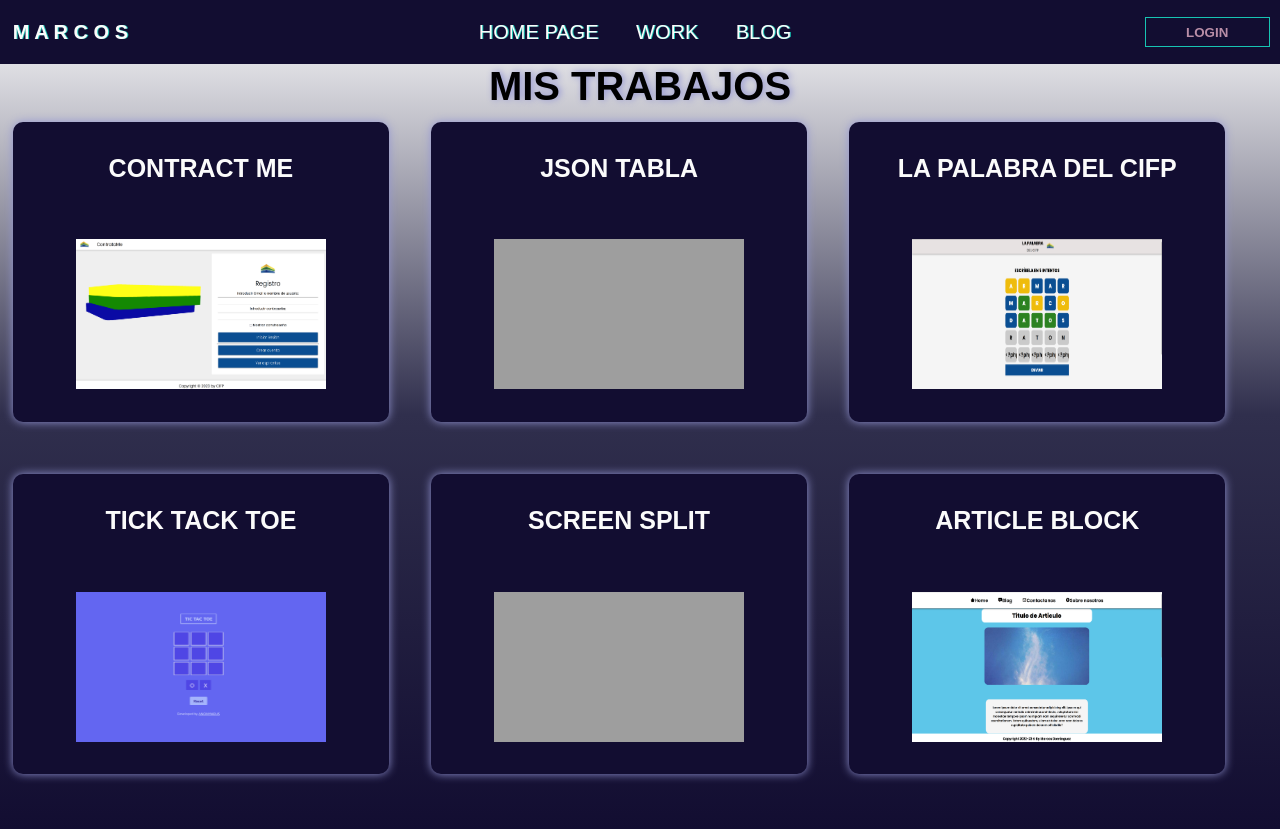
Repository: Sxcram02/Portfolio2
Page: http://localhost/public/src/assets/work.php
These files come from the project's save history. The page is drawn as it stood at one moment and after a run of saves; the edit follows.
The browser window is 1280 px wide. The pictures show the whole page.
Pictures or frames that could not be fetched are drawn as grey boxes. Some web fonts or font styles are not loaded; a fallback is used. The page is run by PHP 8.4 with error messages shown; the project is at /var/www/html/.

Above is the page before, as saved 2023-05-13 17:03:44.

### public/src/assets/work.php
<?php
    include("./../../objects/clases.inc.php");
    session_start();
    $_SESSION['user'] = $sesion;

    if(isset($_POST['LOGIN'])){
        header("Location: ./../login.php");
        exit();
    }
?>
<!DOCTYPE html>
<html lang="en">
<head>
<meta charset="UTF-8">
    <meta http-equiv="X-UA-Compatible" content="IE=edge" />
    <meta name="viewport" content="width=device-width, initial-scale=1.0" />
    <link rel="shortcut icon" href="/media/logo2.png" type="image/x-icon" />
    <link rel="stylesheet" href="/styles/index.css" type="text/css" />
    <link rel="stylesheet" href="https://unpkg.com/boxicons@latest/css/boxicons.min.css">
    <title>My projects</title>
</head>
<body>
<div id="root2">
        <header class="box-nav-bar">
        <a href="/index.php"><h3 class="nav-title">M a r c o s</h3></a>
            <nav class="nav-bar">
                <ul>
                    <a href="/index.php"><li>Home Page</li></a>
                    <a href="./work.php"><li>Work</li></a>
                    <a href="./blog.php"><li>Blog</li></a>
                </ul>
            </nav>
            <form action="#" method="POST">
                <input type="submit" name="LOGIN" id="LOGIN" value="login" />
            </form>
        </header>
        <h1 class="title2" id="title2">MIS TRABAJOS</h1>
        <main class="container2">
            <a href="/public/src/ContractMe.1/contractme.php" target="_blank">
                <section class="work1">
                    <h1 >Contract Me</h1>
                    <img src="/media/proyecto1.png" alt="work1" />
                </section>
            </a>
            <a href="/public/src/jsonTabla/index.php" target="_blank">
                <section class="work2">
                    <h1 >JSON Tabla</h1>
                    <img src="/media/jsonTabla.png" alt="work2" />
                </section>
            </a>
            <a href="/public/src/palabra-dia-cifp/index.html" target="_blank">
                <section class="work3">
                    <h1 >La palabra del CIFP</h1>
                    <img src="/media/palabraCifp.png" alt="work3" />
                </section>
            </a>
            <a href="https://ticktoe.vercel.app/" target="_blank">
                <section class="work4">
                    <h1 >Tick Tack Toe</h1>
                    <img src="/media/tiktacktoe.png" alt="work4" />
                </section>
            </a>
            <a href="/public/src/screen-split/index.html" target="_blank">
                <section class="work5">
                    <h1 >Screen Split</h1>
                    <img src="/media/screenSplit.png" alt="work5" />
                </section>
            </a>
            <a href="/public/src/article-block-page/index.html" target="_blank">
                <section class="work6">
                    <h1 >Article block</h1>
                    <img src="/media/articleBlock.png" alt="work5" />
                </section>
            </a>
        </main>
    </div>
</body>
</html>

### public/objects/clases.inc.php

    <?php
    class SesionUser {
        private string $sesion;
        public function __construct($sesion){
            $this -> sesion = $sesion;
        }
    }

    /**
     * Database
     */
    class Database {
        private string $localhost, $serverUser, $userPass,$database;
        private object $newObjMysql;

        /**
         * __construct
         *
         * @param  mixed $localhost
         * @param  mixed $serverUser
         * @param  mixed $userPass
         * @param  mixed $database
         * @return void
         */
        public function __construct($localhost, $serverUser, $userPass,$database){
            $this -> localhost = $localhost;
            $this -> serverUser = $serverUser;
            $this -> userPass = $userPass;
            $this -> database = $database;
            $newObjMysql = new mysqli("$localhost","$serverUser","$userPass","$database");
            $this -> newObjMysql = $newObjMysql;
        }

        /**
         * getUser
         *
         * @param  mixed $client
         * @param  mixed $pass
         * @return bool
         */
        public function getUser($client,$pass):bool{
            $mySqlConnection = $this -> newObjMysql;
            $userQuery = "SELECT usr.clientName, usr.contrasenia FROM users usr WHERE usr.clientName='$client' AND usr.contrasenia = '$pass';";
            $result = $mySqlConnection -> query($userQuery);
            if($result){
                return true;
            }else {
                return false;
            }
        }

        /**
         * setPost
         *
         * @param  mixed $postDataArray
         * @return void
         */
        public function setPost(array $postDataArray){
            if(!empty($postDataArray)){
                $codBlog = rand(1,1000);
                $columnArray = "'".implode("','",$postDataArray)."'";
                $mysqlConnect = $this -> newObjMysql;
                $insertBlog = "INSERT INTO blog (codBlog,titulo,subtitulo,descripcion,user) VALUES ($codBlog,$columnArray)";
                $mysqlConnect -> query($insertBlog);
                (mysqli_affected_rows($mysqlConnect))?true:false;
            }else {
                echo "Introduce los valores adecuados";
            }
        }

        /**
         * getPost
         *
         * @param  mixed $user
         * @return void
         */
        public function getPost()
        {
                $mySqlConnection = $this -> newObjMysql;
                $getQuery = "SELECT blg.titulo as titulo, blg.descripcion as descripcion, blg.subtitulo as subtitulo FROM blog blg JOIN users usr ON blg.user = usr.clientName WHERE usr.clientName = 'marcos';";

                $result = $mySqlConnection -> query($getQuery);
                    echo "<article>";
                        foreach($result as $dataPost){
                            echo "<img src='' alt='' />";
                            echo $dataPost['titulo'];
                            echo "<h1>{$dataPost['subtitulo']}</h1>";
                            echo "<p>{$dataPost['descripcion']}</p>";
                        }

                    echo "</article>";
        }
}
    $sesion = new SesionUser("user");
?>

### styles/index.css

/* -----------------------------------------------------------*/
/* -----------------------------------------------------------*/
/* AJUSTES GENERALES */
/* 1. HEADER
/* 2. PRIMERA PAGINA
/*  2.1 SECCION 1
/*  2.2 SECCION 2
/*  2.3 SECCION 3
/*  2.4 SECCION 4
/* 3. PAGINA DE MIS TRABAJOS
/* 4. PAGINA DE MI BLOG
/* 5. PAGINA FORMULARIO LOGIN
/* 6. PAGINA CREAR POST
/* -----------------------------------------------------------*/
/* -----------------------------------------------------------*/

* {
    margin: 0;
    padding: 0;
    list-style: none;
    box-sizing: border-box;
    font-family: 'Poppins', sans-serif;
}

a, a:active, a:visited, a:enabled {
    color: var(--blanco);
    text-decoration: none;
}

@font-face {
    font-family: 'Poppins';
    src: url("../fonts/*");
}

:root {
    --violeta-ruso: #120D31;
    --cadet-space: #302F4D;
    --verde-claro-oceano:#17C3B2;
    --indigo-tropical:#9395D3;
    --blanco:#FBFBFB;
}

body {
    display: flex;
    flex-direction: column;
    align-items: center;
    justify-content: space-between;
}

#root {
    width: 100vw;
    height: 100vh;
}


/* -----------------------------------------------------------*/
/* -----------------------------------------------------------*/
/* HEADER */
/* -----------------------------------------------------------*/
/* -----------------------------------------------------------*/

.box-nav-bar {
    width: 100vw;
    height: 4rem;
    padding: 1%;
    background-color: var(--violeta-ruso);
    color: snow;
    display: flex;
    align-items: center;
    justify-content: space-between;
}

.nav-title {
    text-shadow: 1px 0px 0px var(--verde-claro-oceano);
    text-transform: uppercase;
    font-size: 20px;
    font-weight: 700;
    cursor: pointer;
}

.nav-bar ul {
    text-transform: uppercase;
    width: 350px;
    font-size: 20px;
    display: flex;
    align-items: center;
    justify-content: space-around;
}

.nav-bar ul li {
    cursor: pointer;
    text-shadow: 1px 0px 0px var(--verde-claro-oceano);
}

.nav-bar ul li:hover {
    color: var(--verde-claro-oceano);
    text-shadow: 1px 0px 0px var(--indigo-tropical);
    transition: all 0.5s;
}

#LOGIN {
    width: 125px;
    height: 30px;
    margin: 2%;
    color: #B98EA7;
    background: none;
    border: 1px solid var(--verde-claro-oceano);
    text-transform: uppercase;
    font-weight: 800;
    cursor: pointer;
}

#LOGIN:hover {
    background-color: var(--verde-claro-oceano);
    color: var(--blanco);
    transition: all 0.3s;
}

/* -----------------------------------------------------------*/
/* -----------------------------------------------------------*/
/* PRIMERA PÁGINA */
/* -----------------------------------------------------------*/
/* -----------------------------------------------------------*/

.container {
    width: 100%;
    display: grid;
    grid-template-columns: repeat(3,1fr);
    grid-template-rows: repeat(2,1fr);
}

.container section {
    width: 100%;
    height: 100%;
}

/* -----------------------------------------------------------*/
/* -----------------------------------------------------------*/
/* SECCION 1 */
/* -----------------------------------------------------------*/
/* -----------------------------------------------------------*/

#home_page {
    height: 40vh;
    grid-column: 1/3;
    grid-row: 1/2;
    padding: 1%;
    display: flex;
    flex-direction: column;
    align-items: center;
}

.box-name {
    width: 70%;
    margin: 1%;
    text-align: center;
    display: flex;
    align-items: center;
}

.title {
    padding: 1%;
    font-size: 40px;
    font-weight: 800;
    text-shadow: 3px 0px 0px var(--cadet-space);
}

#box-ui-ux {
    width: 75px;
    height: 35px;
    padding: 1%;
    text-align: center;
    font-size: 15px;
    font-weight: 800;
    color: snow;
    background: linear-gradient(180deg, var(--indigo-tropical),var(--verde-claro-oceano));
    border-radius: 20px;
}

.box-presentation {
    display: flex;
    align-items: center;
}

.box-presentation p {
    width: 50%;
    padding: 2%;
    font-size: 13pt;
    font-weight: 600;
}

.box-inputs {
    width: 50%;
    display: flex;
    align-items: center;
    justify-content: space-around;
}

.box-inputs button {
    width: 150px;
    height: 50px;
    padding: 2%;
    border: 1px solid black;
    background: none;
    font-size: 15pt;
    font-weight: 800;
    text-transform: uppercase;
    cursor: pointer;
}

.box-inputs button:hover {
    background-color: var(--verde-claro-oceano);
    box-shadow: 0px 0px 7px var(--indigo-tropical);
    transition: all 0.3s;
}


/* -----------------------------------------------------------*/
/* -----------------------------------------------------------*/
/* SECCION 2 */
/* -----------------------------------------------------------*/
/* -----------------------------------------------------------*/

#box-services {
    grid-column: 1/3;
    grid-row: 2/3;
    width: 100%;
}

#services {
    padding: 1%;
    color: snow;
    display: flex;
}

#services img {
    width: 125px;
    height: 125px;
    padding: 2%;
}

#services article {
    width: 50%;
    height: 100%;
    margin-right: 2%;
    padding: 2%;
    background-color: var(--violeta-ruso);
    border-radius: 10px;
    display: flex;
    flex-direction: column;
    align-items: center;
    text-align: center;
    cursor: pointer;
}

#services article:hover {
    background-color: var(--cadet-space);
    box-shadow: 0px 0px 5px var(--verde-claro-oceano);
    animation: goUp 1.5s both;
    transition: all 0.4s;
}

@keyframes goUp {
    to {
        translate: 0 -20%;
    }
}

#services article h3 {
    color: var(--verde-claro-oceano);
    text-shadow: 1px 0px 0px var(--blanco);
    padding: 1%;
}

#services article:hover h3 {
    color: var(--indigo-tropical);
}

#services article p {
    padding: 1%;
    font-size: 17px;
    text-align: start;
}

#robot3D {
    width: 300px;
    height: 175px;
}


/* -----------------------------------------------------------*/
/* -----------------------------------------------------------*/
/* SECCION 3 */
/* -----------------------------------------------------------*/
/* -----------------------------------------------------------*/

#box-aboutMe {
    display:none;
    grid-column: 1/3;
    grid-row: 2/4;
}

#aboutMe {
    height: 100%;
    display: flex;
    flex-direction: column;
    align-items: center;
    justify-content: space-between;
}

#aboutMe h1 {
    width: 100%;
    text-align: center;
    text-transform: uppercase;
    font-weight: 800;
}

#aboutMe hr {
    width: 90%;
    height: 15px;
    color: var(--violeta-ruso);
    background-color: var(--violeta-ruso);
    box-shadow: 0px 0px 5px var(--verde-claro-oceano);
}

.box-signatures {
    width: 90%;
    display: grid;
    grid-template-columns: repeat(5,1fr);
    grid-template-rows: repeat(3,1.4fr);
    text-align: center;
    row-gap: 5px;
}

.box-signatures i {
    font-size: 40px;
}

.box-signatures div {
    display: flex;
    flex-direction: column;
    align-items: center;
}

.box-signatures div img {
    width: 50px;
    height: 50px;
}

/*--------------------------------------------------------*/
/*--------------------------------------------------------*/
/* GRID COMPONENTS */
/*--------------------------------------------------------*/
/*--------------------------------------------------------*/

.signature1 {
    grid-column: 1/2;
    grid-row: 1/3;
}

.signature2 {
    grid-column: 2/3;
    grid-row: 1/3;
}

.signature3 {
    grid-column: 3/4;
    grid-row: 1/3;
}

.signature4 {
    grid-column: 4/5;
    grid-row: 1/3;
}

.signature5 {
    grid-column: 5/6;
    grid-row: 1/3;
}



/* -----------------------------------------------------------*/
/* -----------------------------------------------------------*/
/* SECCION 4 */
/* -----------------------------------------------------------*/
/* -----------------------------------------------------------*/

#my_photo {
    grid-column: 3/4;
    grid-row: 1/3;
    background-image: url("../media/guerrero-en-47-ronin_2048x1536_xtrafondos.com.jpg");
    background-position: center;
    background-size: cover;
    object-fit: cover;
}


/* -----------------------------------------------------------*/
/* -----------------------------------------------------------*/
/* PAGINA DE MIS TRABAJOS */
/* -----------------------------------------------------------*/
/* -----------------------------------------------------------*/

#root2 {
    width: 100vw;
    /* height: 100vh; */
    background: linear-gradient(180deg,transparent,var(--cadet-space),var(--violeta-ruso));
    display: flex;
    flex-direction: column;
    align-items: center;
    justify-content: center;
}

.title2 {
    width: 100vw;
    font-size: 40px;
    color:black;
    text-shadow: 2px 0px 7px var(--indigo-tropical);
    text-align: center;
}

.container2 {
    width: 100%;
    height: 100vh;
    padding: 1%;
    display: grid;
    grid-template-columns: repeat(3,1.4fr);
    grid-template-rows: repeat(2,1fr);
    row-gap: 10px;
}

.container2 section {
    width: 90%;
    height: 300px;
    padding: 1%;
    display: flex;
    flex-direction: column;
    align-items: center;
    justify-content: space-around;
    background-color: var(--violeta-ruso);
    border-radius: 10px;
    box-shadow: 0px 0px 10px var(--indigo-tropical);
    cursor: pointer;
}

.container2 h1 {
    text-transform: uppercase;
    font-size: 25px;
    font-weight: 900;
}


.container2 img {
    width: 250px;
    height: 150px;
}

/*--------------------------------------------------------*/
/*--------------------------------------------------------*/
/* GRID COMPONENTS */
/*--------------------------------------------------------*/
/*--------------------------------------------------------*/

@keyframes updateScale {
    to {
        scale: 0.9;
    }
}

.work1 {
    grid-column: 1/2;
    grid-row: 1/2;
}

.work1:hover {
    box-shadow: 0px 0px 5px var(--verde-claro-oceano);
    background-color: rgba(255, 166, 0, 0.882);
    animation: updateScale 0.6s both;
    transition: all 0.4s;
}

.work2 {
    grid-column: 2/3;
    grid-row: 1/2;
}

.work2:hover {
    box-shadow: 0px 0px 5px var(--violeta-ruso);
    background-color: rgba(0, 170, 255, 0.858);
    animation: updateScale 0.6s both;
    transition: all 0.4s;
}

.work3 {
    grid-column: 1/2;
    grid-row: 2/3;
}

.work3:hover {
    box-shadow: 0px 0px 5px var(--violeta-ruso);
    background-color: rgba(25, 172, 37, 0.806);
    animation: updateScale 0.6s both;
    transition: all 0.4s;
}

.work4 {
    grid-column: 2/3;
    grid-row: 2/3;
}

.work4:hover {
    box-shadow: 0px 0px 5px var(--verde-claro-oceano);
    background-color: rgba(170, 0, 255, 0.85);
    animation: updateScale 0.6s both;
    transition: all 0.4s;
}

.work5 {
    grid-column: 3/4;
    grid-row: 1/2;
}

.work5:hover {
    box-shadow: 0px 0px 5px var(--violeta-ruso);
    background-color: rgba(255, 0, 51, 0.85);
    animation: updateScale 0.6s both;
    transition: all 0.4s;
}

.work6 {
    grid-column: 3/4;
    grid-row: 2/3;
}

.work6:hover {
    box-shadow: 0px 0px 5px var(--verde-claro-oceano);
    background-color: rgba(0, 204, 255, 0.85);
    animation: updateScale 0.6s both;
    transition: all 0.4s;
}

/* -----------------------------------------------------------*/
/* -----------------------------------------------------------*/
/* PAGINA DEL BLOG */
/* -----------------------------------------------------------*/
/* -----------------------------------------------------------*/

#root3 {
    width: 100vw;
    background-image: url("./../media/version_5.gif");
    background-size:  cover;
    background-position: center;
    background-repeat: repeat-y;
    object-fit: cover;
}


.container3 {
    width: 100%;
    background: linear-gradient(360deg,transparent,#302f4d7f,#120d31);
    display: flex;
    flex-direction: column;
    align-items: center;
    justify-content: space-between;
}

.container3 h1 {
    color: var(--blanco);
    padding: 4%;
    font-size: 35px;
    font-weight: bold;
}

.container3 section {
    width: 100%;
    height: 100%;
    padding: 1%;
    display: flex;
    flex-direction: column;
    align-items: center;
    justify-content: space-around;
    overflow-x: scroll;
}

.container3 section article {
    width: 40%;
    height: 300px;
    margin: 1%;
    border-radius: 20px;
    padding: 1%;
    display: flex;
    flex-direction: column;
    align-items: center;
    justify-content: space-between;
    text-align: center;
    background-color: var(--cadet-space);
}

.container3 section article h1 {
    font-size: 20px;
    text-transform: uppercase;
    font-weight: 700;
}

.container3 section article img {
    width: 200px;
    height: 150px;
}



/* -----------------------------------------------------------*/
/* -----------------------------------------------------------*/
/* PAGINA FORMULARIO LOGIN */
/* -----------------------------------------------------------*/
/* -----------------------------------------------------------*/

.page2-root {
    width: 100vw;
    height: 100vh;
    background-image: url("./../media/fondo1.gif");
    background-position: center;
    background-size: cover;
    overflow: hidden;
}

.page2-container {
    width: 100%;
    height: 100%;
    background: linear-gradient(180deg,transparent,#302f4d7f,#120d31c2);
    display: flex;
    flex-direction: column;
    align-items: center;
}

.page2-title {
    padding: 1%;
    font-size: 50px;
    font-weight: bold;
    text-transform: uppercase;
    color: var(--cadet-space);
    text-shadow: 2px 0px 0px var(--verde-claro-oceano);
}

.page2-container form {
    margin-top: 10%;
}

.page2-target {
    width: 500px;
    height:250px;
    padding: 2%;
    background: var(--cadet-space);
    box-shadow: 0px 0px 5px var(--verde-claro-oceano);
    border-radius: 10px;
    display: flex;
    flex-direction: column;
    align-items: center;
    justify-content: space-around;
    color: var(--blanco);
    font-size: 20px;
    font-weight: 800;
    text-transform: uppercase;
}

.page2-target input {
    width: 80%;
    height: 35px;
    text-align: center;
    font-size: 12pt;
}

/*--------------------------------------------------*/
/*--------------------------------------------------*/
/* PAGINA CREAR POST*/
/*--------------------------------------------------*/
/*--------------------------------------------------*/

#page3-root {
    width: 100vw;
    height: 100vh;
    background-image: url("./../media/fondo1.gif");
    background-size: cover;
    background-position: center;
}

#page3-root form {
    background: linear-gradient(360deg,transparent,#302f4d7f,#120d31);
}

#page3-container {
    width: 100%;
    display: flex;
    flex-direction: column;
    align-items: center;
    padding: 5%;
}

#page3-container section {
    width: 50%;
    height: 50vh;
    display: flex;
    flex-direction: column;
    align-items: center;
    opacity: 80%;
    background-color: var(--cadet-space);
    box-shadow: 0px 0px 7px var(--indigo-tropical);
}

#page3-container section label {
    height: 50px;
    font-size: 20px;
    color: var(--blanco);
    text-transform: uppercase;
    font-weight: 900;
}

input[type="text"] {
    width: 500px;
    height: 50px;
    font-size: 25px;
    font-weight: 900;
    text-align: center;
    text-transform: uppercase;
    border-radius: 30px;
    border: 1px solid var(--violeta-ruso);
}

After the next 2 saves:
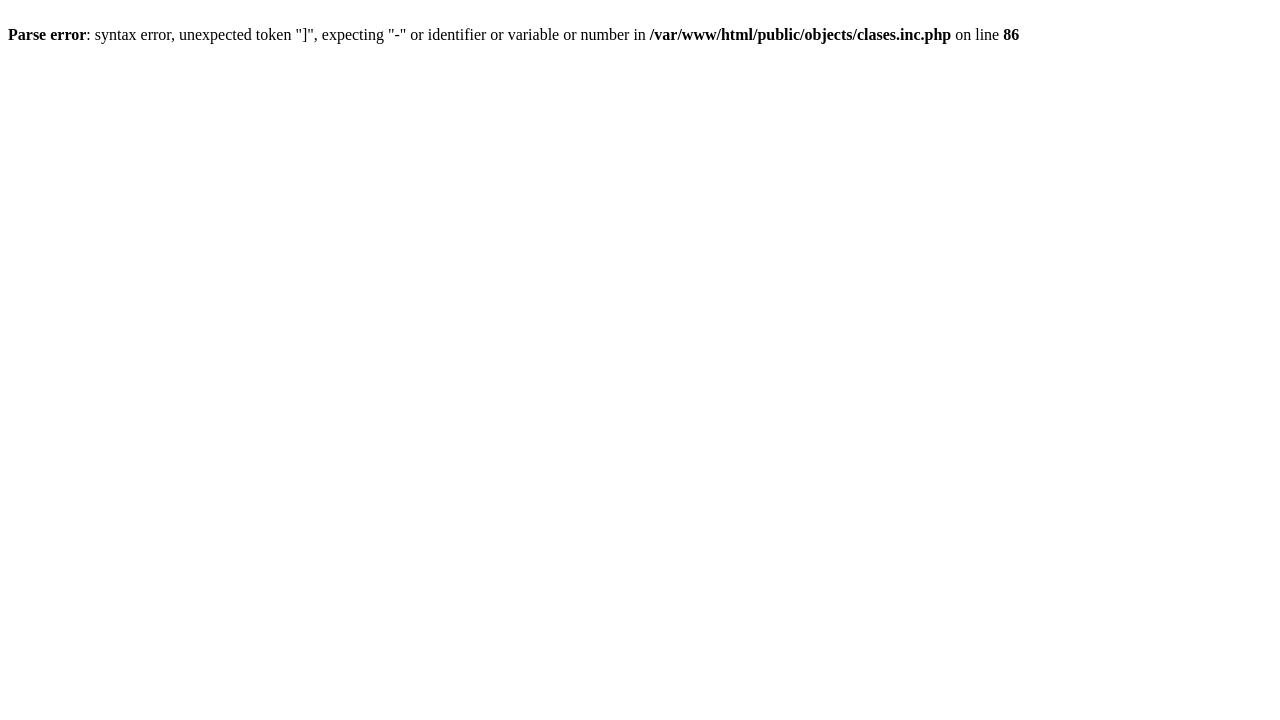
The 2 saves are shown as one change because they came seconds apart.
The last was saved 3 min 18 s later.
--- a/public/objects/clases.inc.php
+++ b/public/objects/clases.inc.php
@@ -83,7 +83,7 @@
                 $result = $mySqlConnection -> query($getQuery);
                     echo "<article>";
                         foreach($result as $dataPost){
-                            echo "<img src='' alt='' />";
+                            echo "<img src='$dataPost[]' alt='' />";
                             echo $dataPost['titulo'];
                             echo "<h1>{$dataPost['subtitulo']}</h1>";
                             echo "<p>{$dataPost['descripcion']}</p>";
